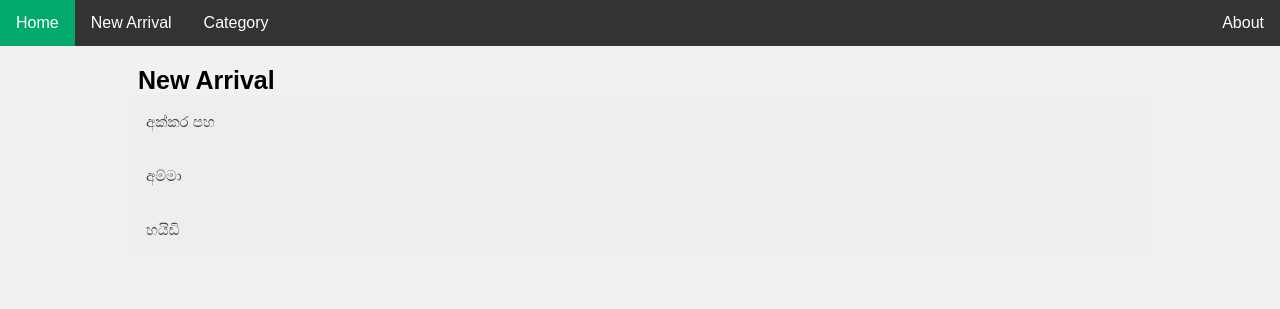
Repository: RPSKumara/DPEdudationPyhton
Page: ResponsiveWebAssigment/newArival.html
The author's editor kept a copy of each file at every save. The page is drawn from the files as they stood at one save, then again after the next save.
The browser window is 1280 px wide. The pictures show the whole page.

Above is the page before, as saved 2022-04-22 20:25:30.

### ResponsiveWebAssigment/newArival.html
<!DOCTYPE html>
<html>
	<head>
		<meta name="viewport" content="width=device-width, initial-scale=1" />
		<link rel="stylesheet" href="style.css" />
		<style>
			.header {
				font-size: 25px;
				padding-left: 10px;
			}
			.accordion {
				background-color: #eee;
				color: #444;
				cursor: pointer;
				padding: 18px;
				width: 100%;
				border: none;
				text-align: left;
				outline: none;
				font-size: 15px;
				transition: 0.4s;
			}
            .container{
                width: 80%;
                margin: auto;
                margin-top: 20px;
            }
			.active,
			.accordion:hover {
				background-color: #ccc;
			}

			.panel {
				padding: 0 18px;
				display: none;
				background-color: white;
				overflow: hidden;
			}
		</style>
	</head>
	<body>
		<ul class="navigationBar">
			<li><a class="active" href="index.html">Home</a></li>
			<li><a href="#newArrival">New Arrival</a></li>
			<li><a href="category.html">Category</a></li>
			<li class="right"><a href="https://open.uom.lk">About</a></li>
		</ul>
		<div class="container">
			<h1 class="header">New Arrival</h1>
			<button class="accordion">අක්කර පහ</button>
			<div class="panel">
				<p>
					Lorem ipsum dolor sit amet, consectetur adipisicing elit, sed do
					eiusmod tempor incididunt ut labore et dolore magna aliqua. Ut enim ad
					minim veniam, quis nostrud exercitation ullamco laboris nisi ut
					aliquip ex ea commodo consequat.
				</p>
			</div>

			<button class="accordion">අම්මා</button>
			<div class="panel">
				<p>
					Lorem ipsum dolor sit amet, consectetur adipisicing elit, sed do
					eiusmod tempor incididunt ut labore et dolore magna aliqua. Ut enim ad
					minim veniam, quis nostrud exercitation ullamco laboris nisi ut
					aliquip ex ea commodo consequat.
				</p>
			</div>

			<button class="accordion">හයිඩි</button>
			<div class="panel">
				<p>
					Lorem ipsum dolor sit amet, consectetur adipisicing elit, sed do
					eiusmod tempor incididunt ut labore et dolore magna aliqua. Ut enim ad
					minim veniam, quis nostrud exercitation ullamco laboris nisi ut
					aliquip ex ea commodo consequat.
				</p>
			</div>
		</div>
		<script>
			var acc = document.getElementsByClassName('accordion');
			var i;

			for (i = 0; i < acc.length; i++) {
				acc[i].addEventListener('click', function () {
					this.classList.toggle('active');
					var panel = this.nextElementSibling;
					if (panel.style.display === 'block') {
						panel.style.display = 'none';
					} else {
						panel.style.display = 'block';
					}
				});
			}
		</script>
	</body>
</html>

### ResponsiveWebAssigment/style.css
* {
	margin: 0;
	padding: 0;
	box-sizing: border-box;
}
body {
	background-color: #f1f1f1;
	font-family: Arial;
}

/* ------------------------------------ Style for Navigation Bar ------------------------------------ */
ul.navigationBar {
	list-style-type: none;
	margin: 0;
	padding: 0;
	overflow: hidden;
	background-color: #333;
}

ul.navigationBar li {
	float: left;
}

ul.navigationBar li a {
	display: block;
	color: white;
	text-align: center;
	padding: 14px 16px;
	text-decoration: none;
}

ul.navigationBar li a:hover:not(.active) {
	background-color: #04aa6d41;
}

ul.navigationBar li a.active {
	background-color: #04aa6d;
}

ul.navigationBar li.right {
	float: right;
}

@media screen and (max-width: 600px) {
	ul.navigationBar li.right,
	ul.navigationBar li {
		float: none;
	}
}
/* ------------------------------------ Style for Image Viewer ------------------------------------ */

/* Center website */
.imageMainContain {
	max-width: 1000px;
	margin: auto;
}

.imageRow {
	margin: 8px -16px;
}

/* Add padding BETWEEN each imageColumn */
.imageRow,
.imageRow > .imageColumn {
	padding: 8px;
}

/* Create four equal imageColumns that floats next to each other */
.imageColumn {
	float: left;
	width: 25%;
}

/* Clear floats after imageRows */
.imageRow:after {
	imagecontent: '';
	display: table;
	clear: both;
}


/* imageContent */
.imageContent {
	background-color: white;
	padding: 10px;
	border: solid white;
	border-radius: 5%;
	box-shadow: 0 4px 8px 0 rgba(0, 0, 0, 0.2), 0 6px 20px 0 rgba(0, 0, 0, 0.19);
	-webkit-border-radius: 5%;
	-moz-border-radius: 5%;
	-ms-border-radius: 5%;
	-o-border-radius: 5%;
}
.imageContent h3{
	text-align: center;
	padding-bottom: 10px;
	font-size: 30px;
}
/* Responsive layout - makes a two imageColumn-layout instead of four imageColumns */
@media screen and (max-width: 900px) {
	.imageColumn {
		width: 50%;
	}
}

/* Responsive layout - makes the two imageColumns stack on top of each other instead of next to each other */
@media screen and (max-width: 600px) {
	.imageColumn {
		width: 100%;
	}
}
/* ------------------------------------ Style for Table ------------------------------------ */
table {
	margin: auto;
	margin-top: 15px;
	border-collapse: collapse;
	border-spacing: 0;
	width: 80%;
	border: 1px solid #ddd;
}

th,
td {
	text-align: center;
	padding: 16px;
}

th:first-child,
td:first-child {
	text-align: left;
}
th {
	background-color: grey;
}
tr {
	border-bottom: 1px solid gray;
}

tr:hover {
	background-color: grey;
}

.fa-check {
	color: green;
}

.fa-remove {
	color: red;
}

After the next save:
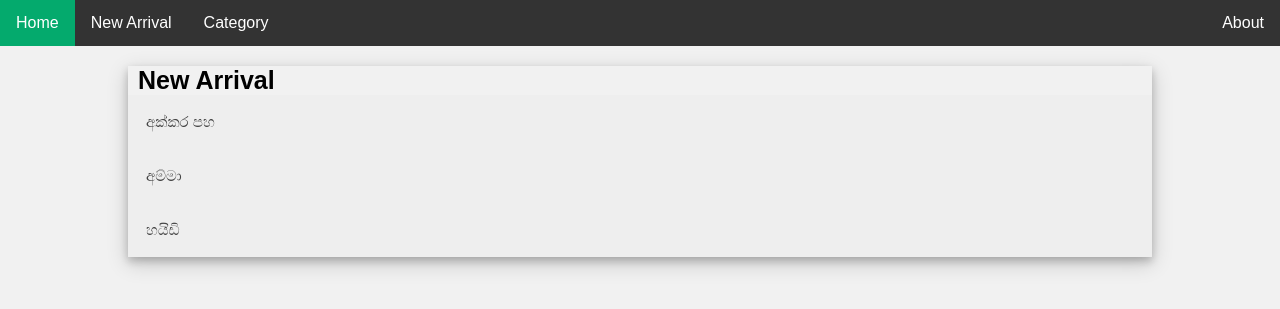
Saved 35 s later.
--- a/ResponsiveWebAssigment/newArival.html
+++ b/ResponsiveWebAssigment/newArival.html
@@ -24,6 +24,8 @@
                 width: 80%;
                 margin: auto;
                 margin-top: 20px;
+	box-shadow: 0 4px 8px 0 rgba(0, 0, 0, 0.2), 0 6px 20px 0 rgba(0, 0, 0, 0.19);
+
             }
 			.active,
 			.accordion:hover {
